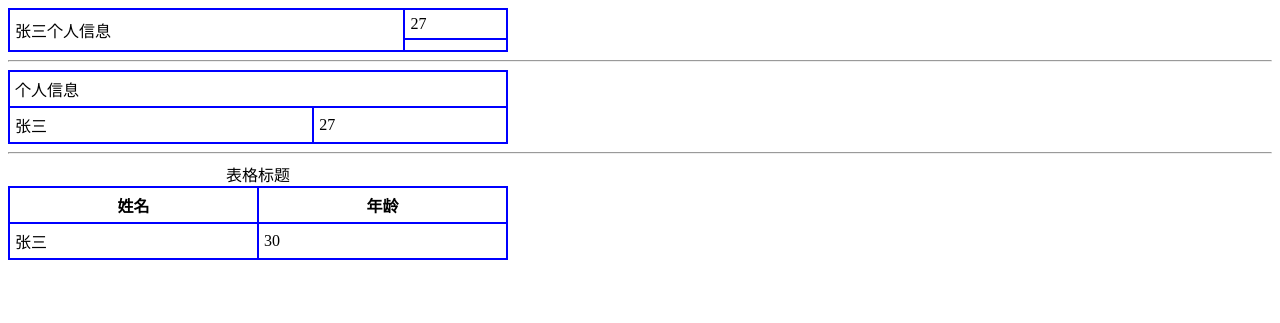
Repository: tangchengjingwen/javaLearningCode
Page: javaLearningCode/day29_html/table.html
An editor plug-in stored every save of this project. The page is shown before and after a run of saves, followed by the edit.
The browser window is 1280 px wide. The pictures show the whole page.

Above is the page before, as saved 2012-05-13 06:35:46.

After the next 2 saves:
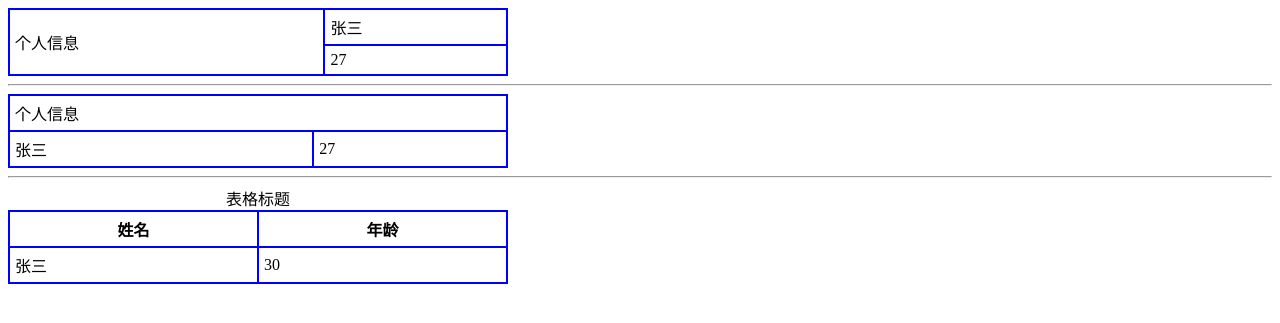
The 2 saves are shown as one change because they came seconds apart.
The last was saved 11 s later.
--- a/javaLearningCode/day29_html/table.html
+++ b/javaLearningCode/day29_html/table.html
@@ -9,11 +9,11 @@
 		<table border="1" bordercolor="blue" cellpadding="5" cellspacing="0" width="500">
 
 			<tr>
-				<td rowspan="2">张三个人信息</td>
-				<td>27</td>
+				<td rowspan="2">个人信息</td>
+				<td>张三</td>
 			</tr>
 			<tr>
-				<td colspan="2"></td>
+				<td>27</td>
 			</tr>
 		</table>
 		<HR/>
